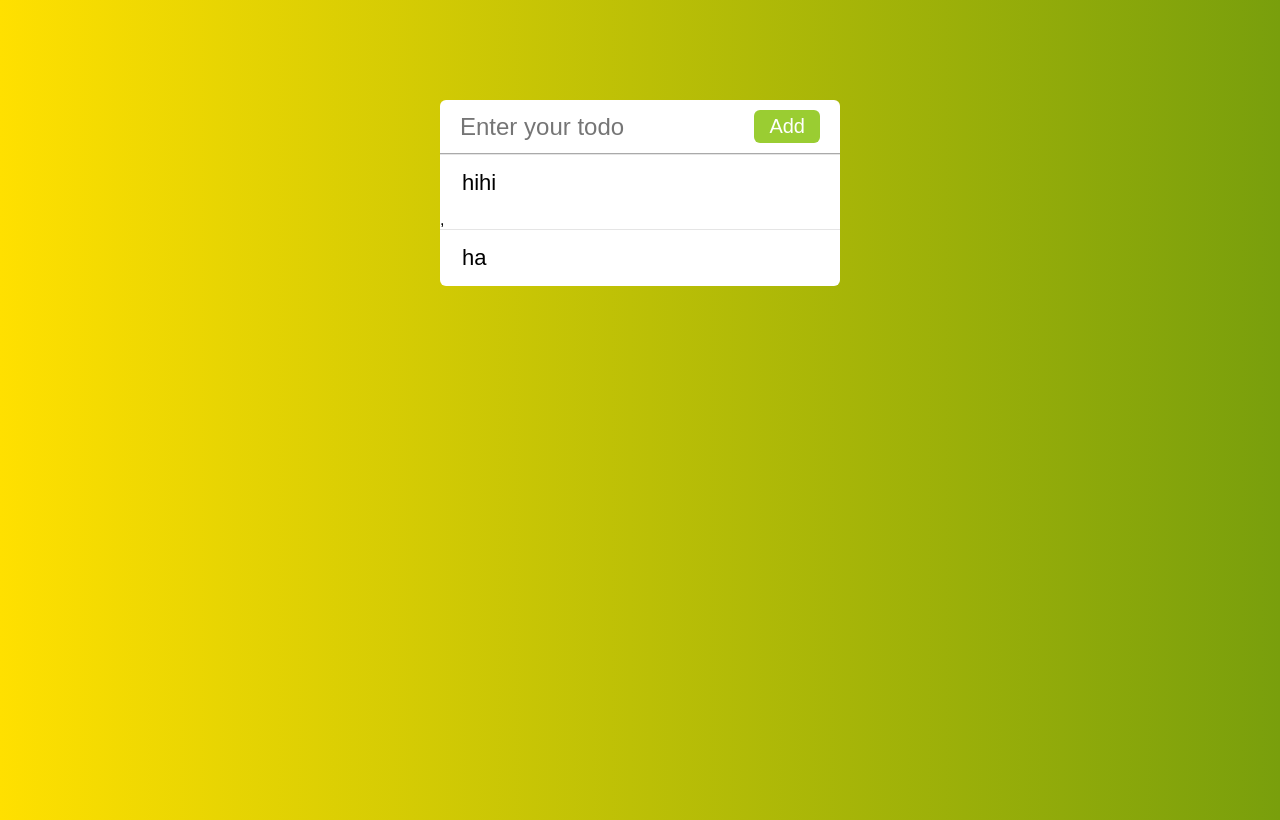
Repository: HoanTiny/30projects-30day
Page: Day 10/index.html
An editor plug-in stored every save of this project. The page is shown before and after the next save, followed by the edit.
The browser window is 1280 px wide. The pictures show the whole page.

Above is the page before, as saved 2021-12-10 20:46:19.

### Day 10/index.html
<!DOCTYPE html>
<html lang="en">
    <head>
        <meta charset="UTF-8" />
        <meta http-equiv="X-UA-Compatible" content="IE=edge" />
        <meta name="viewport" content="width=device-width, initial-scale=1.0" />
        <title>Todo List</title>
        <link
            rel="stylesheet"
            href="https://cdnjs.cloudflare.com/ajax/libs/font-awesome/6.0.0-beta2/css/all.min.css"
            integrity="sha512-YWzhKL2whUzgiheMoBFwW8CKV4qpHQAEuvilg9FAn5VJUDwKZZxkJNuGM4XkWuk94WCrrwslk8yWNGmY1EduTA=="
            crossorigin="anonymous"
            referrerpolicy="no-referrer"
        />
        <link rel="stylesheet" href="./style.css" />
    </head>
    <body>
        <div class="container">
            <form class="form">
                <input type="text" placeholder="Enter your todo" />
                <button>Add</button>
            </form>
            <ul class="todos"></ul>
        </div>

        <script src="./app.js"></script>
    </body>
</html>

### Day 10/style.css
* {
    padding: 0;
    margin: 0;
    font-family: sans-serif;
    box-sizing: border-box;
}

body {
    background: linear-gradient(to right, #ffe000, #799f0c);
    min-height: 100vh;
}

.container {
    width: 400px;
    background-color: #fff;
    margin: 100px auto;
    border-radius: 6px;
}

.form {
    padding: 10px 20px 10px 0;
    display: flex;
    align-items: center;
    justify-content: space-between;
    border-bottom: 1px solid #aaa;
}

.form input {
    outline: none;
    border: none;
    padding: 0 20px;
    font-size: 24px;
    color: #444;
    width: 100%;
}

.form button {
    outline: none;
    border: none;
    background-color: yellowgreen;
    padding: 5px 15px;
    border-radius: 6px;
    cursor: pointer;
    color: white;
    font-size: 20px;
}

.todos {
    padding: 0;
    margin: 0;
    list-style-type: none;
}

.todos li {
    border-top: 1px solid #e5e5e5;
    cursor: pointer;
    font-size: 22px;
    padding: 15px 22px;
    display: flex;
    align-items: center;
    justify-content: space-between;
}

.todos li i {
    color: #aaa;
    opacity: 0;
}

.todos li:hover i {
    opacity: 1;
}

.todos li span {
    overflow: hidden;
    text-overflow: ellipsis;
    padding-right: 10px;
}

.todos li.completed span {
    color: #b6b6b6;
    text-decoration: line-through;
}

### Day 10/app.js
var $ = document.querySelector.bind(document);
var $$ = document.querySelectorAll.bind(document);

var todoLists = ["hihi", "ha"];
const input = $("input");
var todo = $(".todos");
const form = $("form");

form.addEventListener("submit", function (e) {
    e.preventDefault();
});

function createTodoList() {
    input.addEventListener("keyup", function (event) {
        if (event.keyCode === 13) {
            todoLists.push(input.value);
            console.log(todoLists);
        }
    });
    var htmls = todoLists.map(function (todoList) {
        return `
            <li class="">
                <span>${todoList}</span>
            </li>
        `;
    });
    var html = htmls.join("");
    todo.innerHTML = htmls;
}

createTodoList();

After the next save:
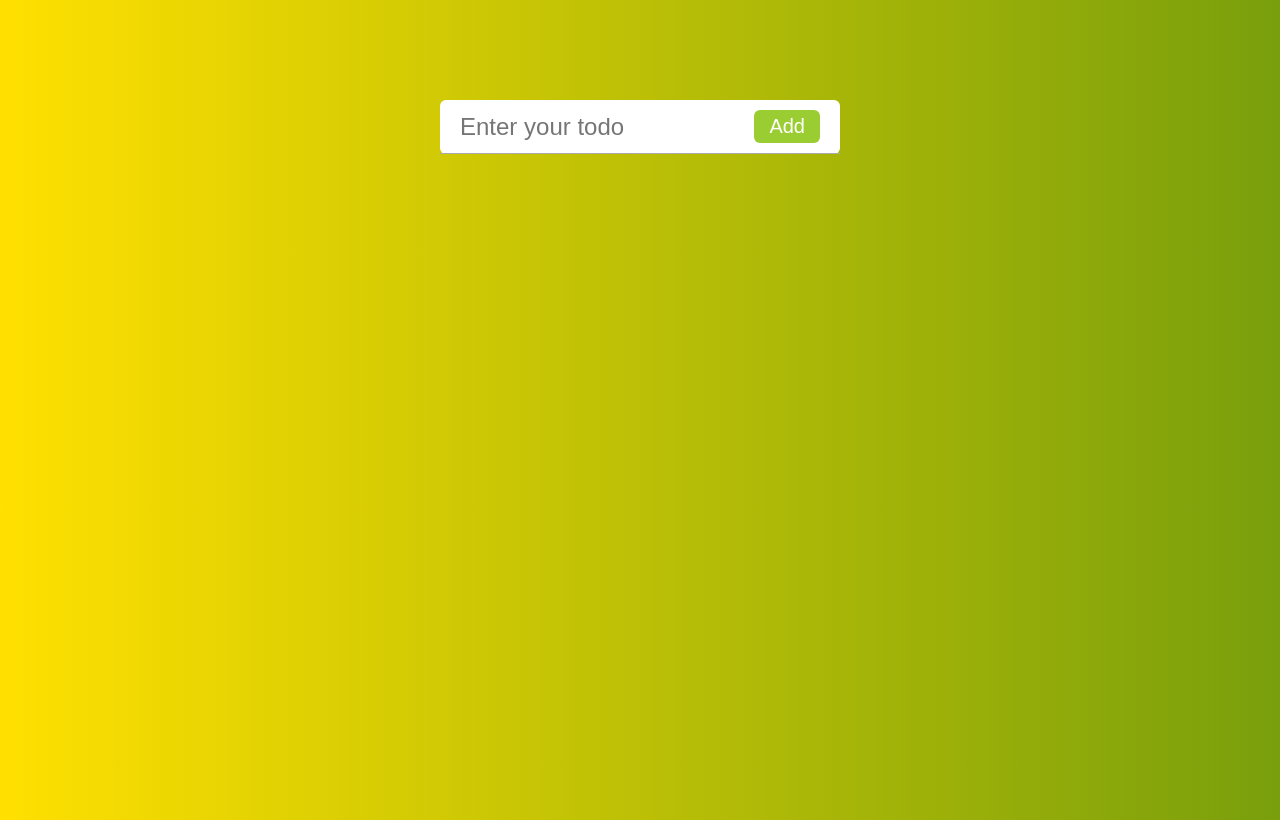
Saved 24 s later.
--- a/Day 10/app.js
+++ b/Day 10/app.js
@@ -1,7 +1,7 @@
 var $ = document.querySelector.bind(document);
 var $$ = document.querySelectorAll.bind(document);
 
-var todoLists = ["hihi", "ha"];
+var todoLists = [];
 const input = $("input");
 var todo = $(".todos");
 const form = $("form");
@@ -15,17 +15,17 @@ function createTodoList() {
         if (event.keyCode === 13) {
             todoLists.push(input.value);
             console.log(todoLists);
+            var htmls = todoLists.map(function (todoList) {
+                return `
+                    <li class="">
+                        <span>${todoList}</span>
+                    </li>
+                `;
+            });
+            var html = htmls.join("");
+            todo.innerHTML = htmls;
         }
     });
-    var htmls = todoLists.map(function (todoList) {
-        return `
-            <li class="">
-                <span>${todoList}</span>
-            </li>
-        `;
-    });
-    var html = htmls.join("");
-    todo.innerHTML = htmls;
 }
 
 createTodoList();
